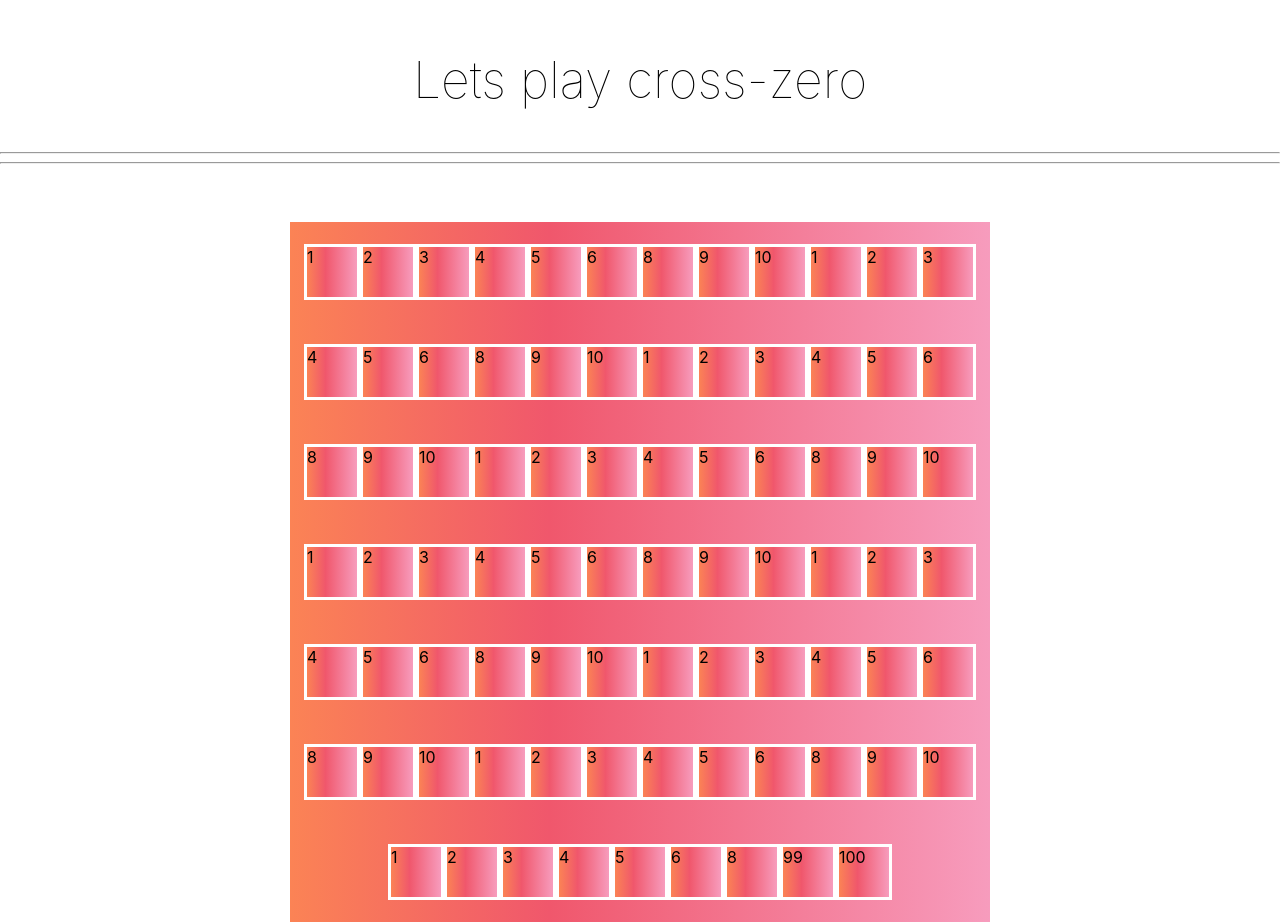
Repository: PGVlasov/cross-zero-game
Page: /
These files come from the project's save history. The page is drawn as it stood at one moment and after the next save; the edit follows.
The browser window is 1280 px wide. The pictures show the whole page.
The project was rebuilt for these pictures with package versions that can differ from the ones it lists, and the page was loaded fresh each time. Also part of the build but not shown: webpack.config.js, src/Containers/Field/Field.module.css, src/Containers/Field/Field.js.

Above is the page before, as saved 2020-11-29 13:57:39.

After the next save:
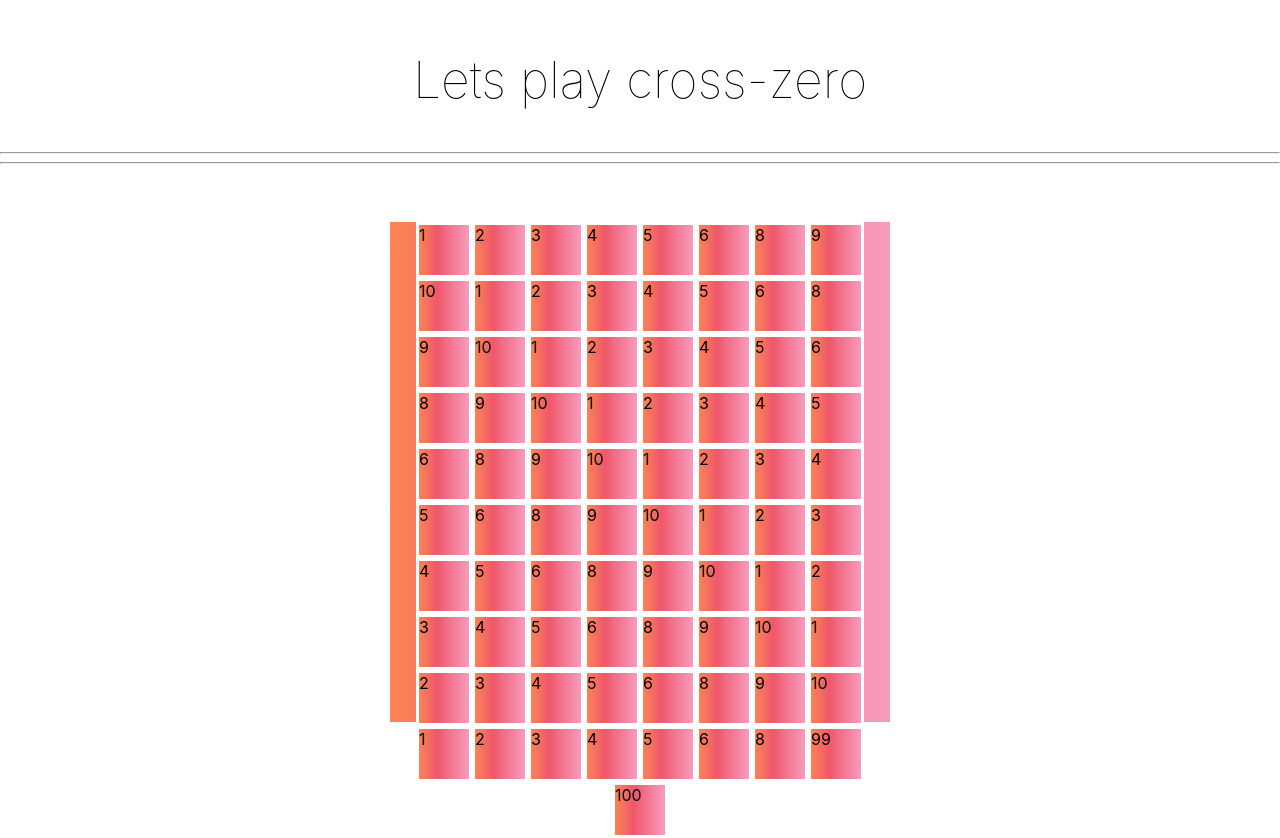
Saved 15 s later.
--- a/src/Containers/Field/Field1.module.css
+++ b/src/Containers/Field/Field1.module.css
@@ -1,7 +1,7 @@
 .Field1 {
-  width: 700px;
-  height: 700px;
-  max-width: 700px;
+  width: 500px;
+  height: 500px;
+  max-width: 500px;
   display: flex;
   justify-content: center;
   margin-top: 50px;
